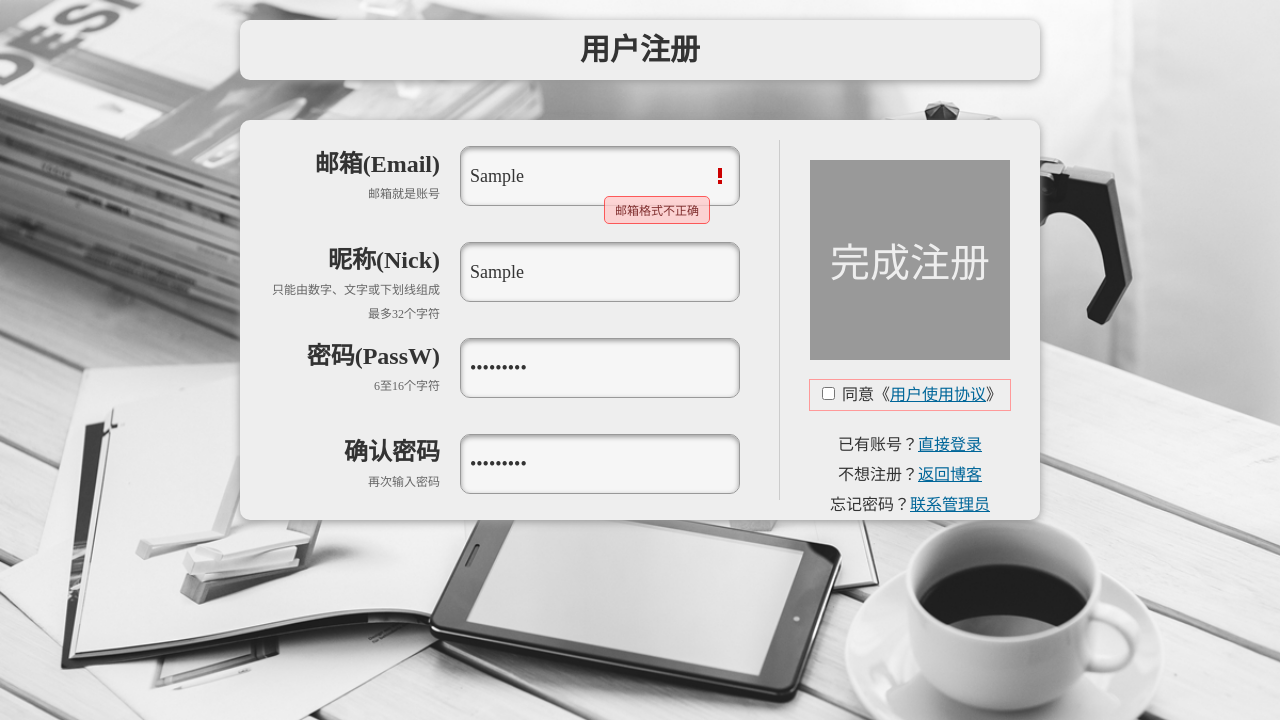
Repository: SUT-GC/myblog
Page: http://localhost/myblog/jsp/registered/registered.jsp
An editor plug-in stored every save of this project. The page is shown before and after the next save, followed by the edit.
The browser window is 1280 px wide. The pictures show the whole page.
Empty fields were first filled with sample values (such as "Sample", 5 or name@example.com).
After loading, the first visible `#account` was changed once.
The page is served by Tomcat 9.

Above is the page before, as saved 2015-10-01 14:17:33.

After the next save:
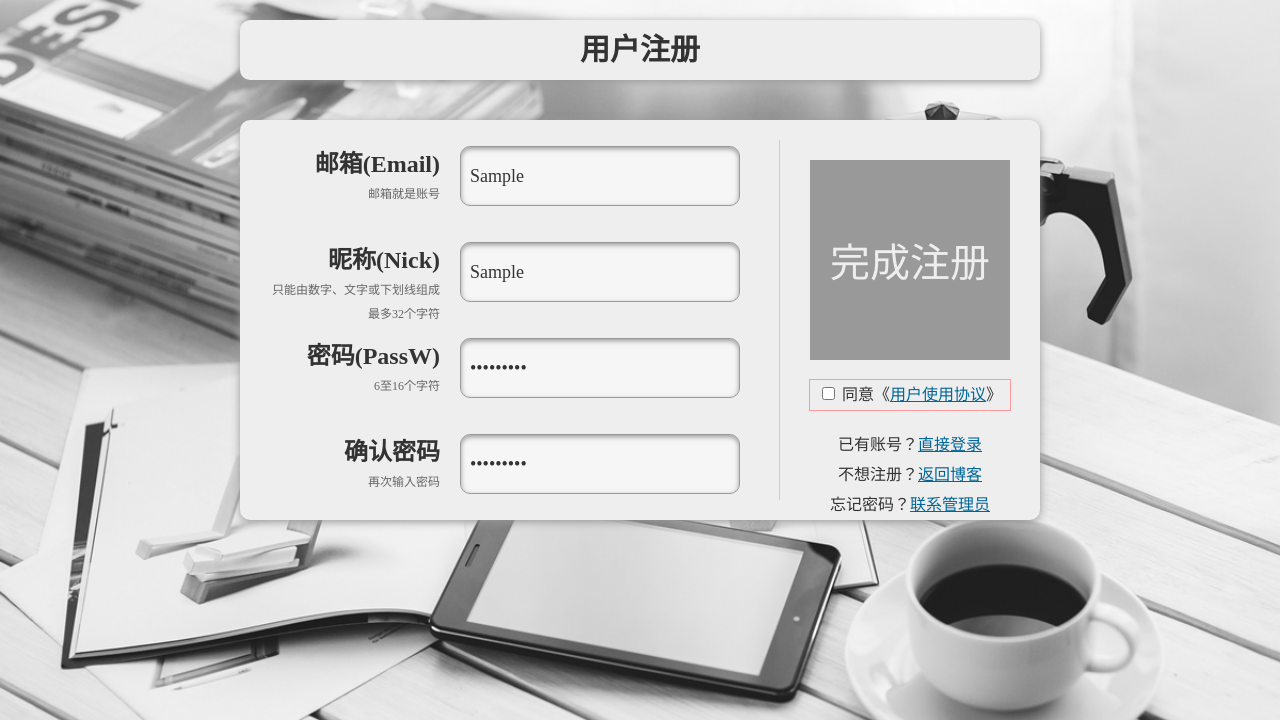
Console error: SyntaxError: Unexpected token ';'
Saved 10 s later.
--- a/javaee_workspace/myblog/WebContent/jsp/registered/registered.jsp
+++ b/javaee_workspace/myblog/WebContent/jsp/registered/registered.jsp
@@ -149,7 +149,10 @@
 
 $(document).ready(
 	function(){
-			alert(1);
+		var errmsg = <%=errmsg%>;
+		if(errmsg != ''){
+			alert(errmsg);
+		}
 	}
 );
 function enableSubmit(bool){

After the 2 saves that followed:
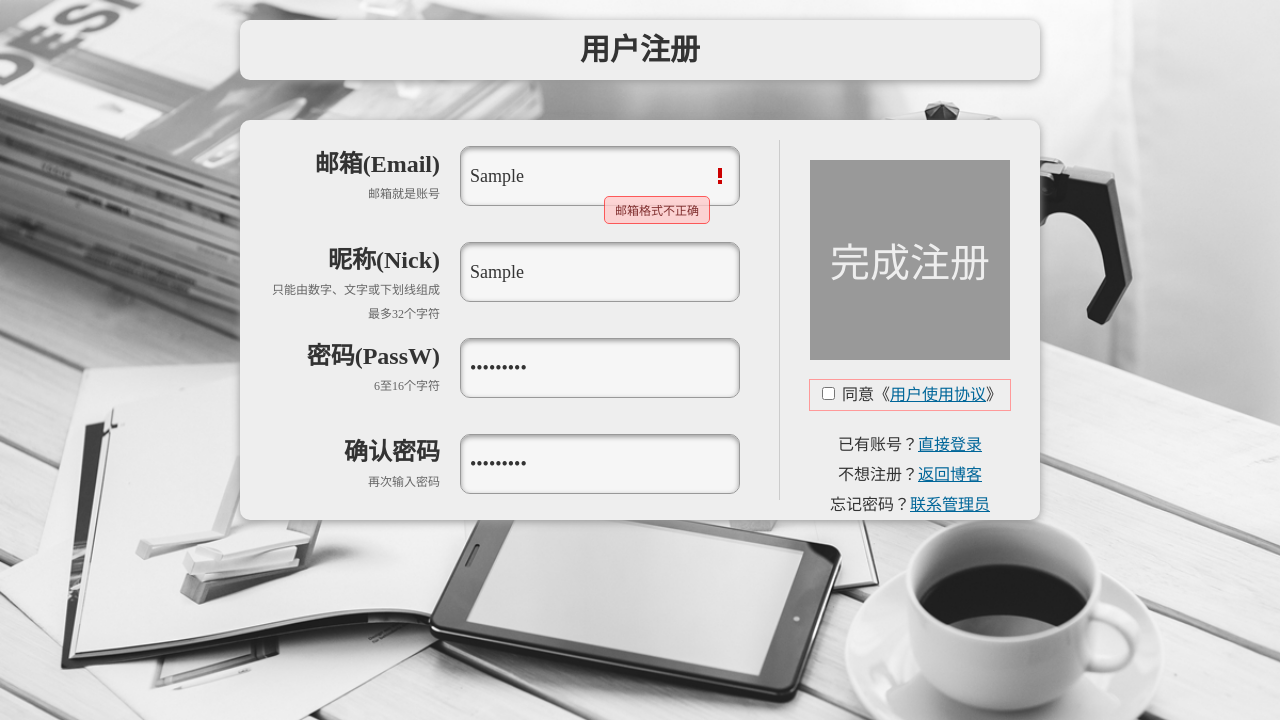
The error is gone.
The 2 saves are shown as one change because 1 left the picture as it was.
The last was saved 27 s later.
--- a/javaee_workspace/myblog/WebContent/jsp/registered/registered.jsp
+++ b/javaee_workspace/myblog/WebContent/jsp/registered/registered.jsp
@@ -149,10 +149,8 @@
 
 $(document).ready(
 	function(){
-		var errmsg = <%=errmsg%>;
-		if(errmsg != ''){
+		var errmsg = '1234';
 			alert(errmsg);
-		}
 	}
 );
 function enableSubmit(bool){
